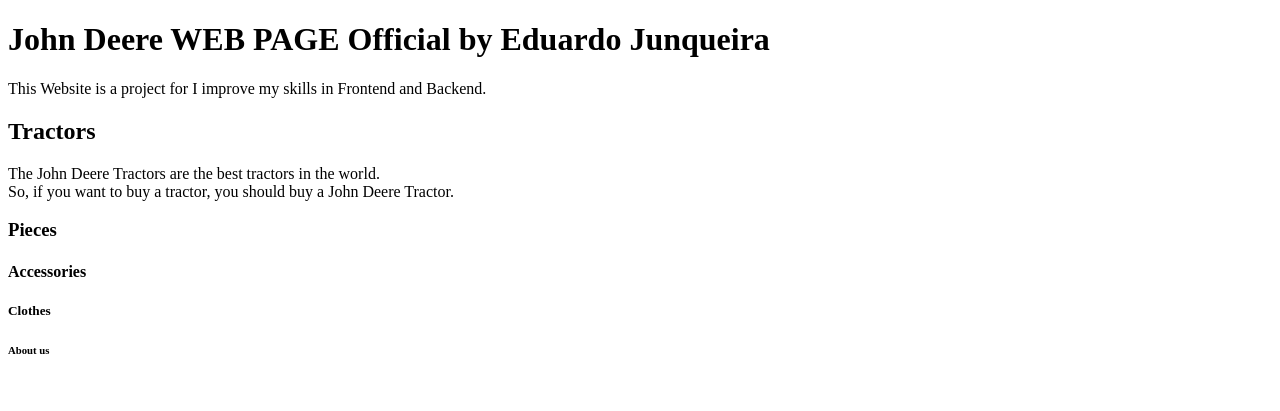
Repository: EduardoJunqueira2004/WEBJohnDeere
Page: index.html
An editor plug-in stored every save of this project. The page is shown before and after a run of saves, followed by the edit.
The browser window is 1280 px wide. The pictures show the whole page.

Above is the page before, as saved 2024-12-05 10:59:46.

After the next 10 saves:
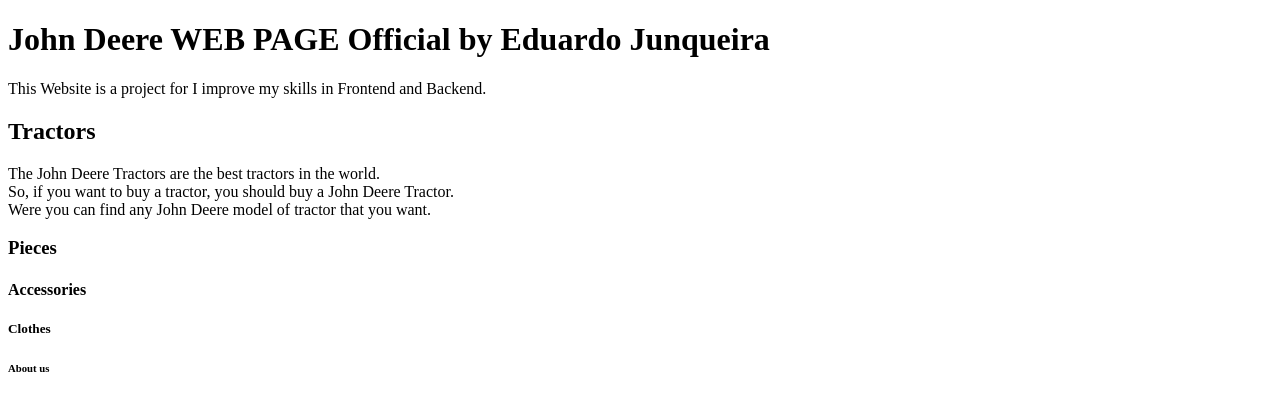
The 10 saves are shown as one change because they came seconds apart.
The last was saved 22 s later.
--- a/index.html
+++ b/index.html
@@ -16,7 +16,7 @@
     <p>
         The John Deere Tractors are the best tractors in the world.<br>
         So, if you want to buy a tractor, you should buy a John Deere Tractor.<br>
-
+        Were you can find any John Deere  model of tractor that you want.
     </p>
     <!--heder3-->
     <h3>Pieces</h3>
